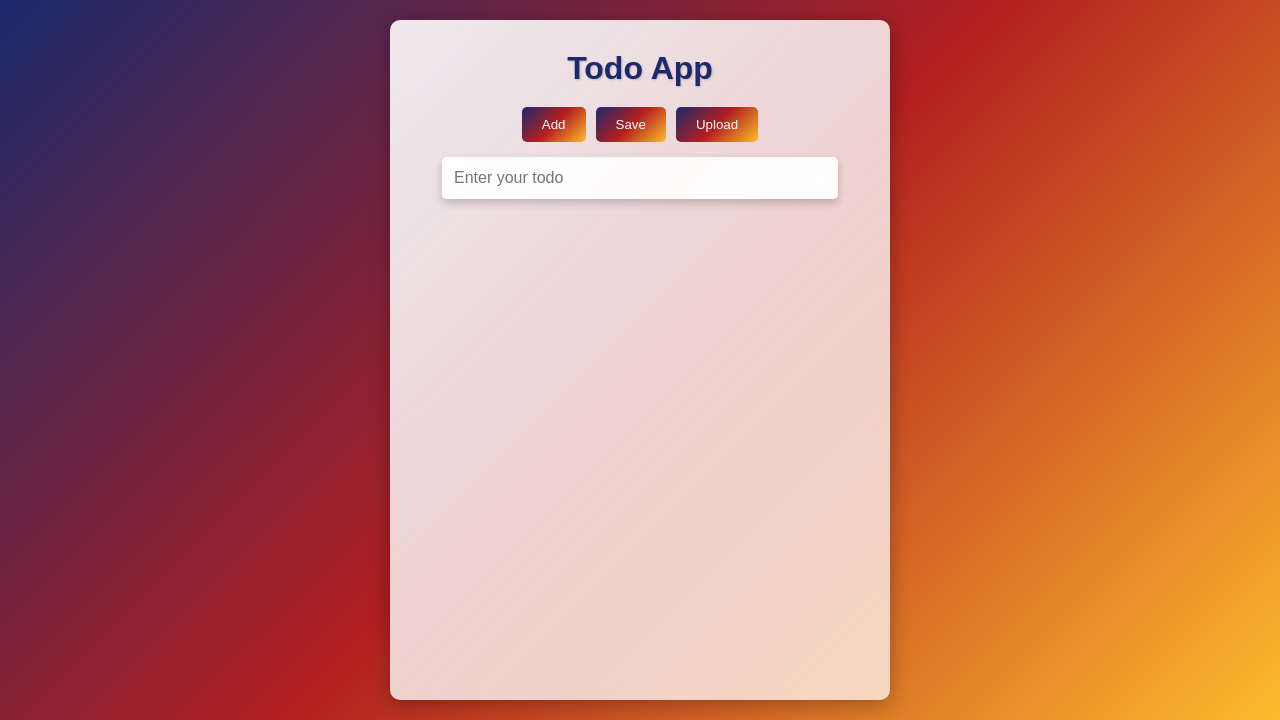
Repository: Teycir/todo-app
Page: index.html
The author's editor kept a copy of each file at every save. The page is drawn from the files as they stood at one save, then again after the next save.
The browser window is 1280 px wide. The pictures show the whole page.

Above is the page before, as saved 2024-11-07 18:41:04.

### index.html
<!DOCTYPE html>
<html lang="en">
<head>
    <meta charset="UTF-8">
    <meta name="viewport" content="width=device-width, initial-scale=1.0">
    <title>Todo App</title>
    <link rel="stylesheet" href="style.css">
</head>
<body>
    <div class="container">
        <h1>Todo App</h1>
        <div class="input-section">
            <div class="button-group">
                <button id="addTodo">Add</button>
                <button id="saveTodo">Save</button>
                <button id="uploadTodo">Upload</button>
            </div>
            <input type="text" id="todoInput" placeholder="Enter your todo">
        </div>
        <ul id="todoList"></ul>
    </div>
    <script src="script.js"></script>
</body>
</html>

### style.css
* {
    margin: 0;
    padding: 0;
    box-sizing: border-box;
    font-family: Arial, sans-serif;
}

body {
    background: linear-gradient(135deg, #1a2a6c, #b21f1f, #fdbb2d);
    min-height: 100vh;
    display: flex;
    justify-content: center;
    padding: 20px;
}

.container {
    background: linear-gradient(135deg,
        rgba(255, 255, 255, 0.9),
        rgba(255, 255, 255, 0.8) 50%,
        rgba(255, 255, 255, 0.7)
    );
    padding: 30px;
    border-radius: 10px;
    box-shadow: 0 4px 20px rgba(0, 0, 0, 0.3);
    backdrop-filter: blur(10px);
    width: 100%;
    max-width: 500px;
}

h1 {
    color: #1a2a6c;
    text-align: center;
    margin-bottom: 20px;
    text-shadow: 1px 1px 2px rgba(0, 0, 0, 0.2);
}

.input-section {
    display: flex;
    flex-direction: column;
    gap: 15px;
    margin-bottom: 20px;
    align-items: center;
}

.button-group {
    display: flex;
    justify-content: center;
    gap: 10px;
    flex-wrap: wrap;
}

#todoInput {
    width: 90%;
    padding: 12px;
    border: none;
    border-radius: 5px;
    font-size: 16px;
    background: linear-gradient(135deg,
        rgba(255, 255, 255, 0.95),
        rgba(255, 255, 255, 0.85),
        rgba(255, 255, 255, 0.95)
    );
    box-shadow: 0 2px 5px rgba(0, 0, 0, 0.1);
    transition: all 0.3s ease;
}

#todoInput:focus {
    outline: none;
    box-shadow: 0 4px 8px rgba(0, 0, 0, 0.2);
    background: linear-gradient(135deg,
        rgba(255, 255, 255, 0.98),
        rgba(255, 255, 255, 0.9),
        rgba(255, 255, 255, 0.98)
    );
}

#addTodo, #saveTodo, #uploadTodo {
    padding: 10px 20px;
    color: white;
    border: none;
    border-radius: 5px;
    cursor: pointer;
    transition: transform 0.2s, box-shadow 0.2s;
    background: linear-gradient(135deg, #1a2a6c, #b21f1f, #fdbb2d);
}

#todoList {
    list-style: none;
}

.todo-item {
    display: flex;
    align-items: center;
    padding: 10px;
    background: linear-gradient(to right, rgba(255, 255, 255, 0.95), rgba(255, 255, 255, 0.85));
    margin-bottom: 8px;
    border-radius: 5px;
    transition: all 0.3s;
    box-shadow: 0 2px 5px rgba(0, 0, 0, 0.1);
}

.todo-item:hover {
    background: linear-gradient(to right, rgba(255, 255, 255, 0.98), rgba(255, 255, 255, 0.9));
    transform: translateX(5px);
}

.todo-item.completed {
    background: linear-gradient(to right, rgba(232, 245, 233, 0.9), rgba(232, 245, 233, 0.8));
    text-decoration: line-through;
    color: #666;
}

.todo-item input[type="checkbox"] {
    margin-right: 10px;
    cursor: pointer;
}

.todo-text {
    flex: 1;
    color: #1a2a6c;
}

.delete-btn {
    padding: 5px 10px;
    background: linear-gradient(45deg, #b21f1f, #c52f2f);
    color: white;
    border: none;
    border-radius: 3px;
    cursor: pointer;
    transition: transform 0.2s, box-shadow 0.2s;
}

/* Common button hover styles */
#addTodo:hover, #saveTodo:hover, #uploadTodo:hover, .delete-btn:hover {
    box-shadow: 0 4px 8px rgba(0, 0, 0, 0.3);
    filter: brightness(1.1);
}

/* Button active state */
#addTodo:active, #saveTodo:active, #uploadTodo:active, .delete-btn:active {
    transform: scale(0.95);
    box-shadow: 0 2px 4px rgba(0, 0, 0, 0.3);
}

### script.js
document.addEventListener('DOMContentLoaded', () => {
    const todoInput = document.getElementById('todoInput');
    const addTodoBtn = document.getElementById('addTodo');
    const saveTodoBtn = document.getElementById('saveTodo');
    const uploadTodoBtn = document.getElementById('uploadTodo');
    const todoList = document.getElementById('todoList');

    // Load todos from localStorage
    let todos = JSON.parse(localStorage.getItem('todos')) || [];

    // Function to save todos to txt file on Desktop
    async function saveTodosTxt() {
        const todoText = todos.map(todo =>
            `[${todo.completed ? 'x' : ' '}] ${todo.text}`
        ).join('\n');

        try {
            const blob = new Blob([todoText], { type: 'text/plain' });
            const handle = await window.showSaveFilePicker({
                suggestedName: 'todos.txt',
                startIn: 'desktop',
                types: [{
                    description: 'Text Files',
                    accept: { 'text/plain': ['.txt'] },
                }],
            });
            const writable = await handle.createWritable();
            await writable.write(blob);
            await writable.close();
        } catch (err) {
            console.error('Failed to save todos to file:', err);
        }
    }

    // Add ripple effect to buttons
    function createRipple(event) {
        const button = event.currentTarget;
        const ripple = document.createElement('span');
        const rect = button.getBoundingClientRect();

        const diameter = Math.max(rect.width, rect.height);
        const radius = diameter / 2;

        ripple.style.width = ripple.style.height = `${diameter}px`;
        ripple.style.left = `${event.clientX - rect.left - radius}px`;
        ripple.style.top = `${event.clientY - rect.top - radius}px`;
        ripple.className = 'ripple';

        // Remove existing ripples
        const existingRipple = button.querySelector('.ripple');
        if (existingRipple) {
            existingRipple.remove();
        }

        button.appendChild(ripple);

        // Remove ripple after animation
        setTimeout(() => ripple.remove(), 600);
    }

    // Add hover effects to buttons
    function addButtonEffects(button) {
        button.addEventListener('mouseover', () => {
            button.style.transform = 'scale(1.05) rotate(1deg)';
        });

        button.addEventListener('mouseout', () => {
            button.style.transform = 'scale(1) rotate(0deg)';
        });

        button.addEventListener('click', createRipple);
    }

    // Render existing todos
    function renderTodos() {
        todoList.innerHTML = '';
        todos.forEach((todo, index) => {
            const li = document.createElement('li');
            li.className = `todo-item ${todo.completed ? 'completed' : ''}`;

            li.innerHTML = `
                <input type="checkbox" ${todo.completed ? 'checked' : ''}>
                <span class="todo-text">${todo.text}</span>
                <button class="delete-btn">Delete</button>
            `;

            // Toggle completion
            const checkbox = li.querySelector('input[type="checkbox"]');
            checkbox.addEventListener('change', () => {
                todos[index].completed = checkbox.checked;
                li.classList.toggle('completed');
                saveTodos();
            });

            // Delete todo
            const deleteBtn = li.querySelector('.delete-btn');
            addButtonEffects(deleteBtn);
            deleteBtn.addEventListener('click', () => {
                li.style.transform = 'translateX(100px)';
                li.style.opacity = '0';
                setTimeout(() => {
                    todos.splice(index, 1);
                    renderTodos();
                    saveTodos();
                }, 300);
            });

            todoList.appendChild(li);
        });
    }

    // Save todos to localStorage only
    function saveTodos() {
        localStorage.setItem('todos', JSON.stringify(todos));
    }

    // Load todos from txt file
    async function loadTodosFromFile() {
        try {
            const [fileHandle] = await window.showOpenFilePicker({
                types: [{
                    description: 'Text Files',
                    accept: { 'text/plain': ['.txt'] },
                }],
            });
            const file = await fileHandle.getFile();
            const content = await file.text();

            // Parse the txt file content
            todos = content.split('\n').map(line => ({
                text: line.substring(4),
                completed: line.startsWith('[x]')
            })).filter(todo => todo.text);

            renderTodos();
            saveTodos();
        } catch (err) {
            console.error('Failed to load todos from file:', err);
        }
    }

    // Add new todo
    function addTodo() {
        const text = todoInput.value.trim();
        if (text) {
            todos.push({
                text,
                completed: false
            });
            todoInput.value = '';
            renderTodos();
            saveTodos();
            todoInput.focus();
        }
    }

    // Add effects to buttons
    addButtonEffects(addTodoBtn);
    addButtonEffects(saveTodoBtn);
    addButtonEffects(uploadTodoBtn);

    // Event listeners
    addTodoBtn.addEventListener('click', addTodo);
    saveTodoBtn.addEventListener('click', saveTodosTxt);
    uploadTodoBtn.addEventListener('click', loadTodosFromFile);

    todoInput.addEventListener('keypress', (e) => {
        if (e.key === 'Enter') {
            addTodo();
        }
    });

    // Add ripple styles
    const style = document.createElement('style');
    style.textContent = `
        .ripple {
            position: absolute;
            background: rgba(255, 255, 255, 0.7);
            border-radius: 50%;
            transform: scale(0);
            animation: ripple 0.6s linear;
            pointer-events: none;
        }

        @keyframes ripple {
            to {
                transform: scale(4);
                opacity: 0;
            }
        }

        .todo-item {
            transition: transform 0.3s, opacity 0.3s;
        }

        .delete-btn, #addTodo, #saveTodo, #uploadTodo {
            position: relative;
            overflow: hidden;
            transform: scale(1) rotate(0deg);
            transition: transform 0.3s, box-shadow 0.3s;
        }
    `;
    document.head.appendChild(style);

    // Initial render
    renderTodos();
    todoInput.focus();
});

After the next save:
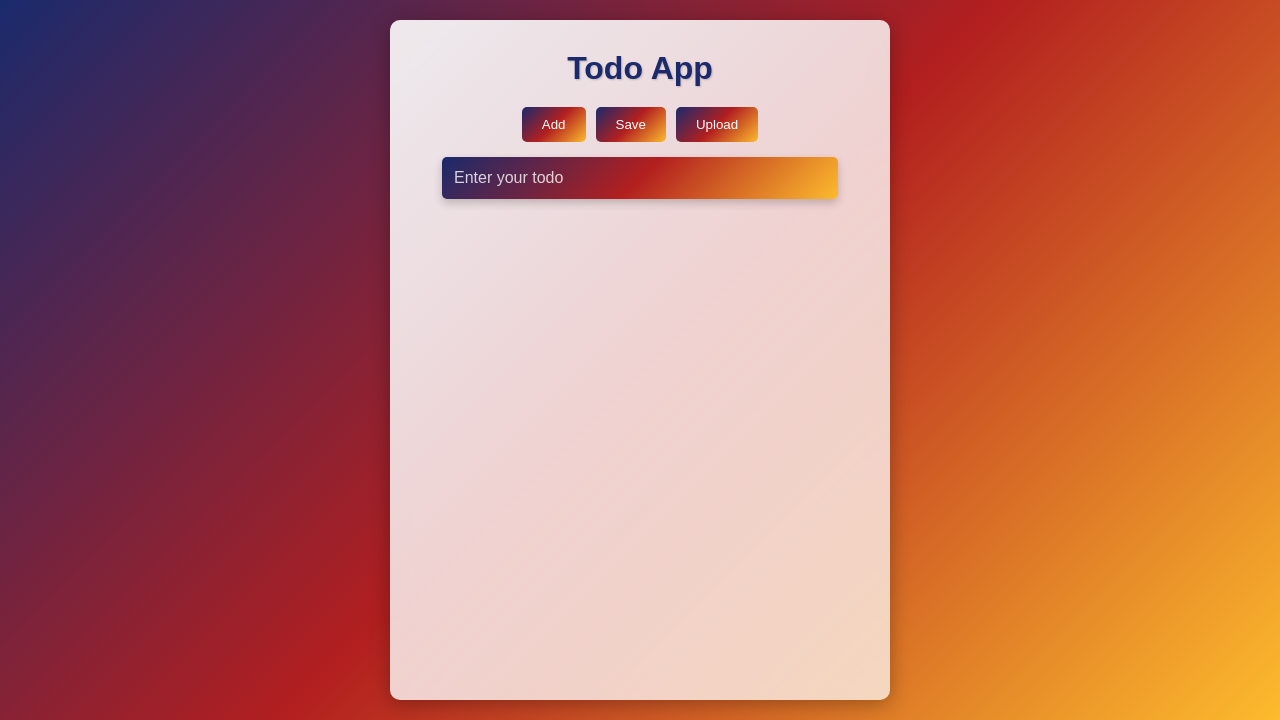
Saved 2 min 48 s later.
--- a/style.css
+++ b/style.css
@@ -55,23 +55,19 @@ h1 {
     border: none;
     border-radius: 5px;
     font-size: 16px;
-    background: linear-gradient(135deg,
-        rgba(255, 255, 255, 0.95),
-        rgba(255, 255, 255, 0.85),
-        rgba(255, 255, 255, 0.95)
-    );
+    background: linear-gradient(135deg, #1a2a6c, #b21f1f, #fdbb2d);
     box-shadow: 0 2px 5px rgba(0, 0, 0, 0.1);
     transition: all 0.3s ease;
+    color: white;
+}
+
+#todoInput::placeholder {
+    color: rgba(255, 255, 255, 0.8);
 }
 
 #todoInput:focus {
     outline: none;
     box-shadow: 0 4px 8px rgba(0, 0, 0, 0.2);
-    background: linear-gradient(135deg,
-        rgba(255, 255, 255, 0.98),
-        rgba(255, 255, 255, 0.9),
-        rgba(255, 255, 255, 0.98)
-    );
 }
 
 #addTodo, #saveTodo, #uploadTodo {
@@ -92,22 +88,22 @@ h1 {
     display: flex;
     align-items: center;
     padding: 10px;
-    background: linear-gradient(to right, rgba(255, 255, 255, 0.95), rgba(255, 255, 255, 0.85));
+    background: linear-gradient(135deg, #1a2a6c, #b21f1f, #fdbb2d);
     margin-bottom: 8px;
     border-radius: 5px;
     transition: all 0.3s;
     box-shadow: 0 2px 5px rgba(0, 0, 0, 0.1);
+    color: white;
 }
 
 .todo-item:hover {
-    background: linear-gradient(to right, rgba(255, 255, 255, 0.98), rgba(255, 255, 255, 0.9));
     transform: translateX(5px);
+    box-shadow: 0 4px 8px rgba(0, 0, 0, 0.2);
 }
 
 .todo-item.completed {
-    background: linear-gradient(to right, rgba(232, 245, 233, 0.9), rgba(232, 245, 233, 0.8));
+    opacity: 0.7;
     text-decoration: line-through;
-    color: #666;
 }
 
 .todo-item input[type="checkbox"] {
@@ -117,12 +113,12 @@ h1 {
 
 .todo-text {
     flex: 1;
-    color: #1a2a6c;
+    color: white;
 }
 
 .delete-btn {
     padding: 5px 10px;
-    background: linear-gradient(45deg, #b21f1f, #c52f2f);
+    background: rgba(255, 255, 255, 0.2);
     color: white;
     border: none;
     border-radius: 3px;
